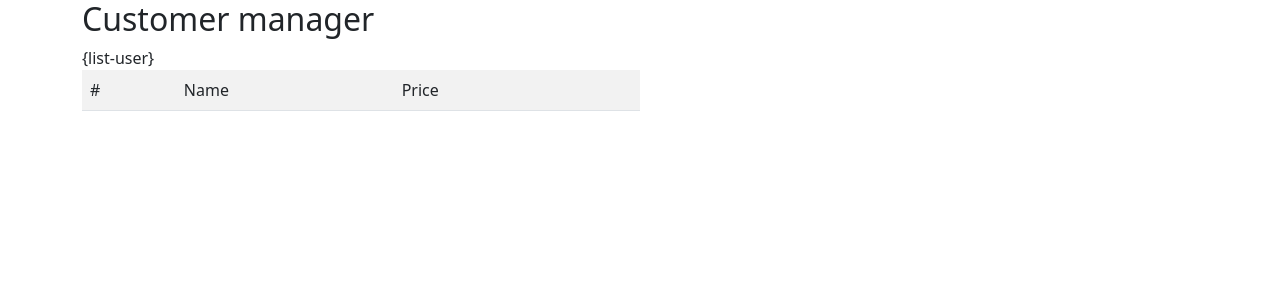
Repository: nguyenhung50497/MD3_thaoTacVoiFile
Page: BT_productManager1/templates/index.html
These files come from the project's save history. The page is drawn as it stood at one moment and after a run of saves; the edit follows.
The browser window is 1280 px wide. The pictures show the whole page.
Some web libraries are served in a nearby version.

Above is the page before, as saved 2022-12-14 15:34:00.

After the next 4 saves:
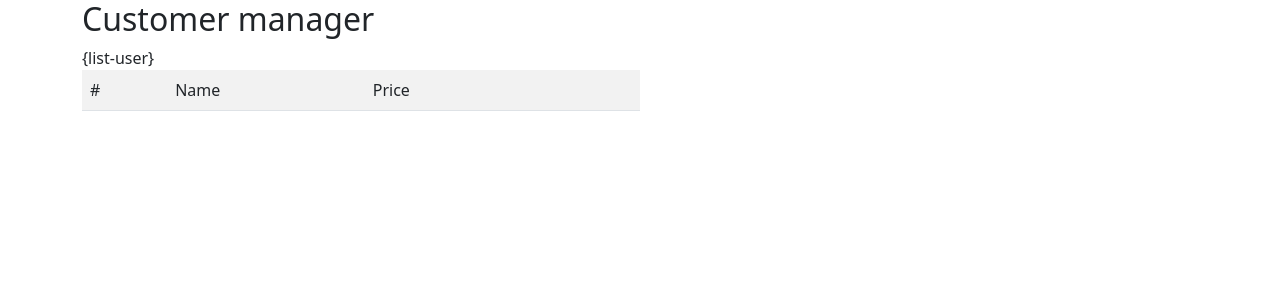
The 4 saves are shown as one change because they came seconds apart.
The last was saved 9 s later.
--- a/BT_productManager1/templates/index.html
+++ b/BT_productManager1/templates/index.html
@@ -14,7 +14,8 @@
                 <td>#</td>
                 <td>Name</td>
                 <td>Price</td>
-                <td></td
+                <td></td>
+                <td></td>
             </tr>
             {list-user}
         </table>
